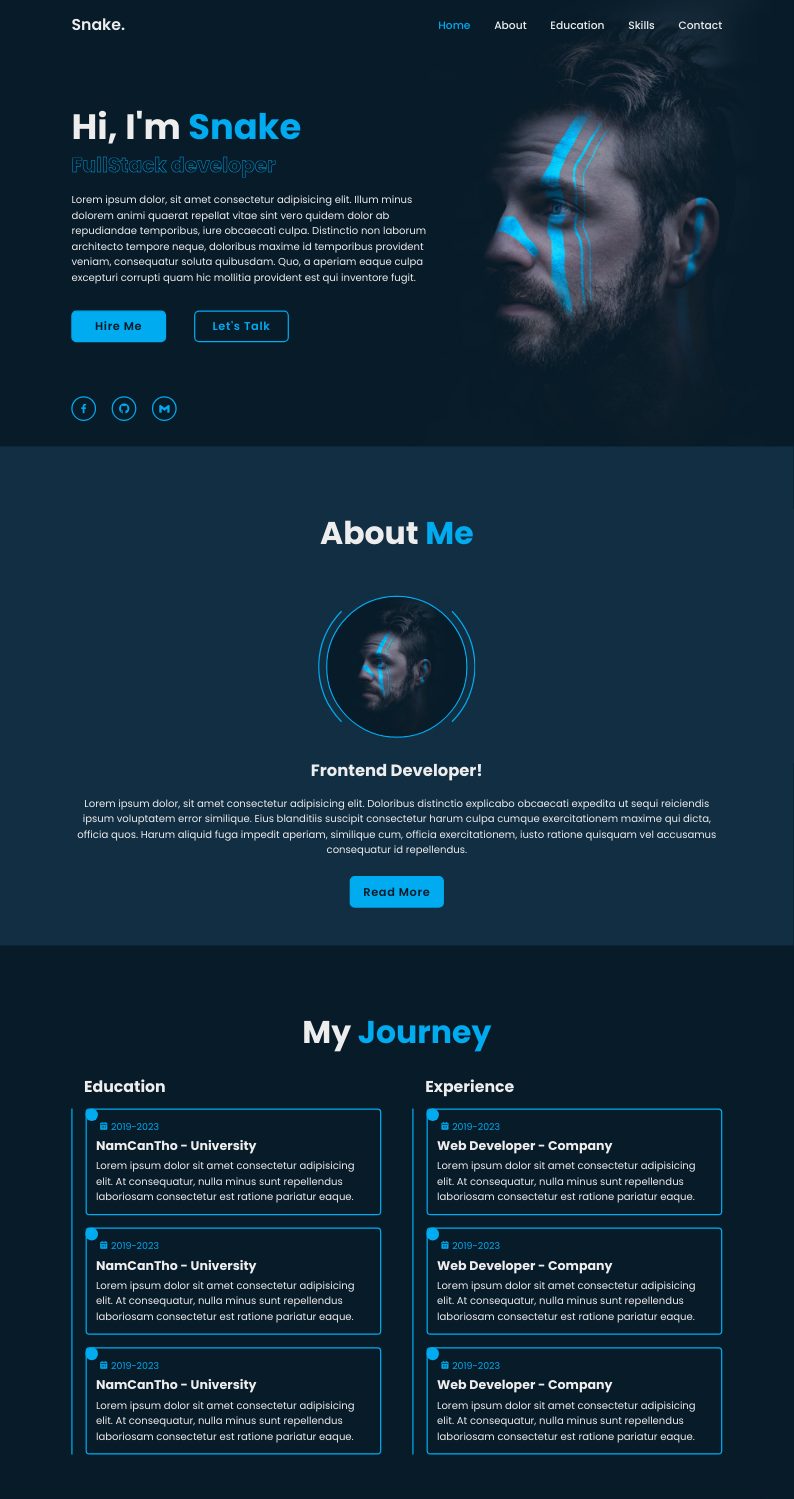
Repository: Tanty102/About_Me
Page: index.html
The author's editor kept a copy of each file at every save. The page is drawn from the files as they stood at one save, then again after a run of saves.
The browser window is 1280 px wide. The pictures show the whole page, at 62% of full size.

Above is the page before, as saved 2023-09-12 18:45:32.

### index.html
<!DOCTYPE html>
<html lang="en">
  <head>
    <meta charset="UTF-8" />
    <meta name="viewport" content="width=device-width, initial-scale=1.0" />
    <link rel="stylesheet" href="style.css" />
    <title>CV Snake</title>
  </head>

  <!-- box icons -->
  <link
    href="https://unpkg.com/boxicons@2.1.4/css/boxicons.min.css"
    rel="stylesheet" />
  <body>
    <!-- Header design -->
    <header class="header">
      <a href="#" class="logo">Snake.</a>

      <div class="bx bx-menu" id="menu-icon"></div>

      <nav class="navbar">
        <a href="#home" class="active">Home</a>
        <a href="#about">About</a>
        <a href="#education">Education</a>
        <a href="#skills">Skills</a>
        <a href="#contact">Contact</a>
      </nav>
    </header>

    <!-- Home section design -->
    <section class="home" id="home">
      <div class="home-content">
        <h1>Hi, I'm <span>Snake</span></h1>
        <div class="text-animate">
          <h3>FullStack developer</h3>
        </div>
        <p>
          Lorem ipsum dolor, sit amet consectetur adipisicing elit. Illum minus
          dolorem animi quaerat repellat vitae sint vero quidem dolor ab
          repudiandae temporibus, iure obcaecati culpa. Distinctio non laborum
          architecto tempore neque, doloribus maxime id temporibus provident
          veniam, consequatur soluta quibusdam. Quo, a aperiam eaque culpa
          excepturi corrupti quam hic mollitia provident est qui inventore
          fugit.
        </p>

        <div class="btn-box">
          <a href="#" class="btn">Hire Me</a>
          <a href="#" class="btn">Let's Talk</a>
        </div>
      </div>

      <div class="home-sci">
        <a href="#"><i class="bx bxl-facebook"></i></a>
        <a href="#"><i class="bx bxl-github"></i></a>
        <a href="#"><i class="bx bxl-gmail"></i></a>
      </div>

      <div class="home-imgHover"></div>
    </section>

    <!-- About section design -->
    <section class="about" id="about">
      <h2 class="heading">About <span>Me</span></h2>

      <div class="about-img">
        <img src="image/about.jpg" alt="" />
        <span class="circle-spin"></span>
      </div>

      <div class="about-content">
        <h3>Frontend Developer!</h3>
        <p>
          Lorem ipsum dolor, sit amet consectetur adipisicing elit. Doloribus
          distinctio explicabo obcaecati expedita ut sequi reiciendis ipsum
          voluptatem error similique. Eius blanditiis suscipit consectetur harum
          culpa cumque exercitationem maxime qui dicta, officia quos. Harum
          aliquid fuga impedit aperiam, similique cum, officia exercitationem,
          iusto ratione quisquam vel accusamus consequatur id repellendus.
        </p>

        <div class="btn-box btns">
          <a href="#" class="btn">Read More</a>
        </div>
      </div>
    </section>

    <!-- Education section design -->
    <section class="education" id="education">
      <h2 class="heading">My <span>Journey</span></h2>

      <div class="education-row">
        <div class="education-column">
          <h3 class="title">Education</h3>

          <div class="education-box">
            <div class="education-content">
              <div class="content">
                <div class="year">
                  <i class="bx bxs-calendar"></i> 2019-2023
                </div>
                <h3>NamCanTho - University</h3>
                <p>
                  Lorem ipsum dolor sit amet consectetur adipisicing elit. At
                  consequatur, nulla minus sunt repellendus laboriosam
                  consectetur est ratione pariatur eaque.
                </p>
              </div>
            </div>

            <div class="education-content">
              <div class="content">
                <div class="year">
                  <i class="bx bxs-calendar"></i> 2019-2023
                </div>
                <h3>NamCanTho - University</h3>
                <p>
                  Lorem ipsum dolor sit amet consectetur adipisicing elit. At
                  consequatur, nulla minus sunt repellendus laboriosam
                  consectetur est ratione pariatur eaque.
                </p>
              </div>
            </div>

            <div class="education-content">
              <div class="content">
                <div class="year">
                  <i class="bx bxs-calendar"></i> 2019-2023
                </div>
                <h3>NamCanTho - University</h3>
                <p>
                  Lorem ipsum dolor sit amet consectetur adipisicing elit. At
                  consequatur, nulla minus sunt repellendus laboriosam
                  consectetur est ratione pariatur eaque.
                </p>
              </div>
            </div>
          </div>
        </div>

        <div class="education-column">
          <h3 class="title">Experience</h3>

          <div class="education-box">
            <div class="education-content">
              <div class="content">
                <div class="year">
                  <i class="bx bxs-calendar"></i> 2019-2023
                </div>
                <h3>Web Developer - Company</h3>
                <p>
                  Lorem ipsum dolor sit amet consectetur adipisicing elit. At
                  consequatur, nulla minus sunt repellendus laboriosam
                  consectetur est ratione pariatur eaque.
                </p>
              </div>
            </div>

            <div class="education-content">
              <div class="content">
                <div class="year">
                  <i class="bx bxs-calendar"></i> 2019-2023
                </div>
                <h3>Web Developer - Company</h3>
                <p>
                  Lorem ipsum dolor sit amet consectetur adipisicing elit. At
                  consequatur, nulla minus sunt repellendus laboriosam
                  consectetur est ratione pariatur eaque.
                </p>
              </div>
            </div>

            <div class="education-content">
              <div class="content">
                <div class="year">
                  <i class="bx bxs-calendar"></i> 2019-2023
                </div>
                <h3>Web Developer - Company</h3>
                <p>
                  Lorem ipsum dolor sit amet consectetur adipisicing elit. At
                  consequatur, nulla minus sunt repellendus laboriosam
                  consectetur est ratione pariatur eaque.
                </p>
              </div>
            </div>
          </div>
        </div>
      </div>
    </section>

    <script src="main.js"></script>
  </body>
</html>

### style.css
@import url("https://fonts.googleapis.com/css2?family=Poppins:wght@300;400;500;600;700;800;900&display=swap");

* {
  margin: 0;
  padding: 0;
  box-sizing: border-box;
  text-decoration: none;
  border: none;
  outline: none;
  scroll-behavior: smooth;
  font-family: "Poppins", sans-serif;
}

:root {
  --bg-color: #081b29;
  --second-bg-color: #112e42;
  --text-color: #ededed;
  --main-color: #00abf0;
}

html {
  font-size: 63.5%;
  overflow-x: hidden;
}

body {
  background: var(--bg-color);
  color: var(--text-color);
}

.header {
  position: fixed;
  top: 0;
  left: 0;
  width: 100%;
  padding: 2rem 9%;
  background: transparent;
  display: flex;
  justify-content: space-between;
  align-items: center;
  z-index: 100;
}

.logo {
  font-size: 2.5rem;
  color: var(--text-color);
  font-weight: 600;
}

.navbar a {
  font-size: 1.7rem;
  color: var(--text-color);
  font-weight: 500;
  margin-left: 3.5rem;
  transition: 0.3s;
}

.navbar a:hover,
.navbar a.active {
  color: var(--main-color);
}

#menu-icon {
  font-size: 3.6rem;
  color: var(--text-color);
  cursor: pointer;
  display: none;
}

section {
  min-height: 100vh;
  padding: 10rem 9% 2rem;
}

.home {
  display: flex;
  align-items: center;
  padding: 0 9%;
  background: url("/image/home.jpg") no-repeat;
  background-size: cover;
  background-position: center;
}

.home-content {
  max-width: 60rem;
}

.home-content h1 {
  font-size: 5.6rem;
  font-weight: 700;
  line-height: 1.3;
}

.home-content .text-animate {
  position: relative;
  width: 32.8rem;
}

.home-content .text-animate h3 {
  font-size: 3.2rem;
  font-weight: 700;
  color: transparent;
  -webkit-text-stroke: 0.7px var(--main-color);
}

.home-content p {
  font-size: 1.6rem;
  margin: 2rem 0 4rem;
}

.btn-box {
  position: relative;
  display: flex;
  justify-content: space-between;
  width: 34.5rem;
  height: 5rem;
}
.btn-box .btn {
  position: relative;
  display: inline-flex;
  justify-content: center;
  align-items: center;
  width: 15rem;
  height: 100%;
  background: var(--main-color);
  border: 0.2rem solid var(--main-color);
  border-radius: 0.8rem;
  font-size: 1.8rem;
  font-weight: 600;
  letter-spacing: 0.1rem;
  color: var(--bg-color);
  z-index: 1;
  overflow: hidden;
  transition: 0.5s;
}

.btn-box .btn:hover {
  color: var(--main-color);
}

.btn-box .btn:nth-child(2) {
  background: transparent;
  color: var(--main-color);
}

.btn-box .btn:nth-child(2):hover {
  color: var(--bg-color);
}

.btn-box .btn:nth-child(2)::before {
  background: var(--main-color);
}

.btn-box .btn::before {
  content: "";
  position: absolute;
  top: 0;
  left: 0;
  width: 0;
  height: 100%;
  background: var(--bg-color);
  z-index: -1;
  transition: 0.5s;
}

.btn-box .btn:hover::before {
  width: 100%;
}

.home-sci {
  position: absolute;
  bottom: 4rem;
  width: 170px;
  display: flex;
  justify-content: space-between;
}

.home-sci a {
  position: relative;
  display: inline-flex;
  justify-content: center;
  align-items: center;
  width: 40px;
  height: 40px;
  background: transparent;
  border: 0.2rem solid var(--main-color);
  border-radius: 50%;
  font-size: 20px;
  color: var(--main-color);
  z-index: 1;
  overflow: hidden;
  transition: 0.5s;
}

.home-sci a:hover {
  color: var(--bg-color);
}

.home-sci a::before {
  content: "";
  position: absolute;
  top: 0;
  left: 0;
  width: 0;
  height: 100%;
  background: var(--main-color);
  z-index: -1;
  transition: 0.5s;
}

.home-sci a:hover::before {
  width: 100%;
}

.home-imgHover {
  position: absolute;
  top: 0;
  right: 0;
  width: 45%;
  height: 100%;
  background: transparent;
  transition: 3s;
}

.home-imgHover:hover {
  background: var(--bg-color);
  opacity: 0.8;
}

.about {
  display: flex;
  justify-content: center;
  align-items: center;
  flex-direction: column;
  gap: 2rem;
  background: var(--second-bg-color);
  padding-bottom: 6rem;
}

.heading {
  font-size: 5rem;
  margin-bottom: 3rem;
  text-align: center;
}
span {
  color: var(--main-color);
}

.about-img {
  position: relative;
  width: 25rem;
  height: 25rem;
  border-radius: 50%;
  display: flex;
  justify-content: center;
  align-items: center;
}

.about-img img {
  width: 90%;
  border-radius: 50%;
  border: 0.2rem solid var(--main-color);
}

.about-img .circle-spin {
  position: absolute;
  top: 50%;
  left: 50%;
  transform: translate(-50%, -50%) rotate(0);
  width: 100%;
  height: 100%;
  border-radius: 50%;
  border-top: 0.2rem solid var(--second-bg-color);
  border-bottom: 0.2rem solid var(--second-bg-color);
  border-left: 0.2rem solid var(--main-color);
  border-right: 0.2rem solid var(--main-color);
}

.about-content {
  text-align: center;
}

.about-content h3 {
  font-size: 2.6rem;
}

.about-content p {
  font-size: 1.6rem;
  margin: 2rem 0 3rem;
}

.btn-box.btns {
  display: inline-block;
  width: 15rem;
}

.btn-box.btns a::before {
  background: var(--second-bg-color);
}

.education {
  display: flex;
  justify-content: center;
  align-items: center;
  flex-direction: column;
  min-height: auto;
  padding-bottom: 5rem;
}

.education .education-row {
  display: flex;
  flex-wrap: wrap;
  gap: 5rem;
}

.education-row .education-column {
  flex: 1 1 40rem;
}

.education-column .title {
  font-size: 2.5rem;
  margin: 0 0 1.5rem 2rem;
}

.education-column .education-box {
  border-left: 0.2rem solid var(--main-color);
}

.education-box .education-content {
  position: relative;
  padding-left: 2rem;
}

.education-box .education-content::before {
  content: "";
  position: absolute;
  top: 0;
  width: 2rem;
  height: 2rem;
  background: var(--main-color);
  border-radius: 50%;
}

.education-content .content {
  position: relative;
  padding: 1.5rem;
  border: 0.2rem solid var(--main-color);
  border-radius: 0.6rem;
  margin-bottom: 2rem;
}

.education-content .content .year {
  font-size: 1.5rem;
  color: var(--main-color);
  padding-bottom: 0.5rem;
}

.education-content .content .year i {
  padding-left: 0.5rem;
}

.education-content .content h3 {
  font-size: 2rem;
}

.education-content .content p {
  font-size: 1.6rem;
  padding-top: 0.5rem;
}

Loaded but not shown: main.js (no copy from this time; the picture is the same without it)

After the next 3 saves:
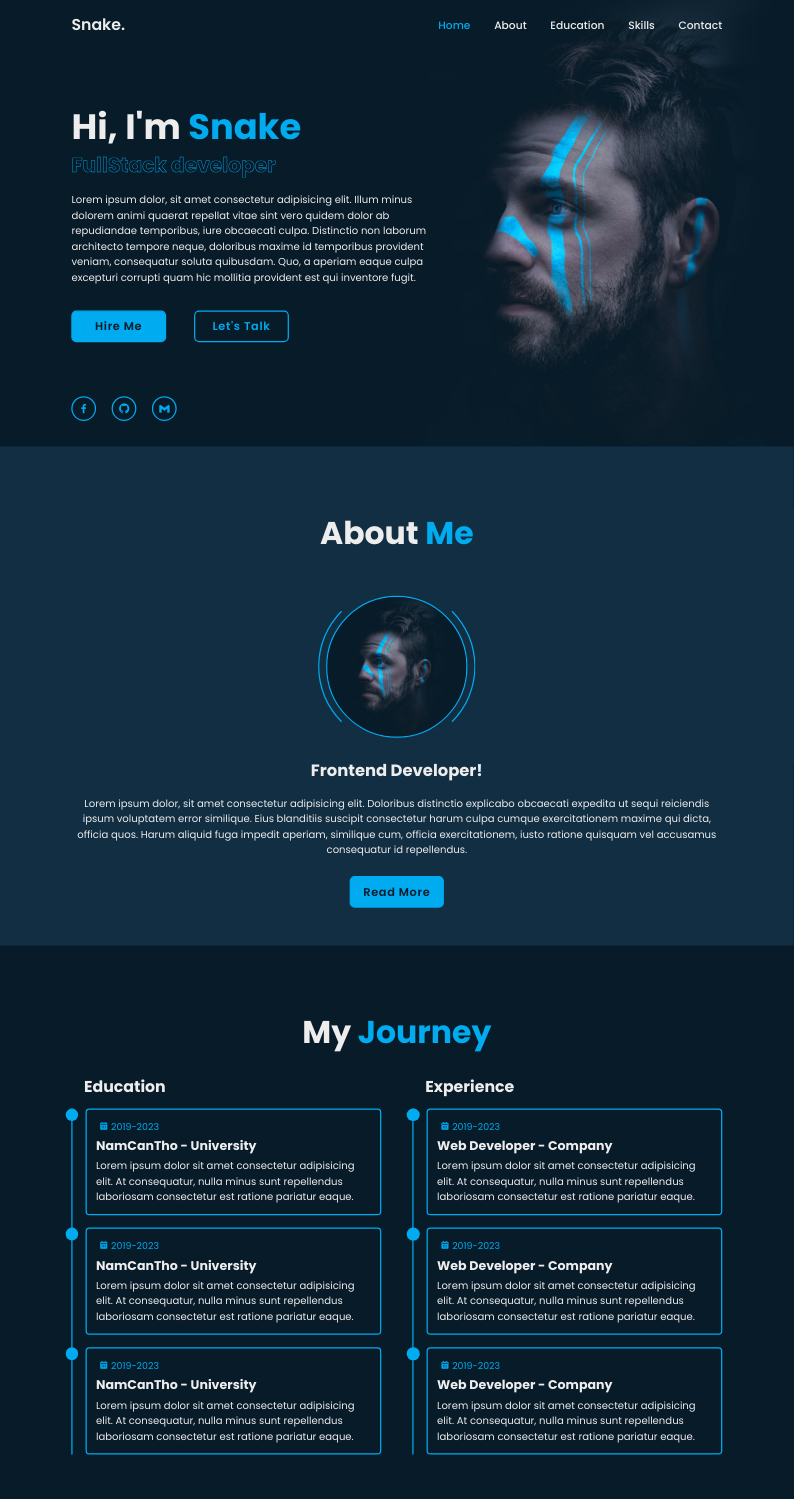
The 3 saves are shown as one change because they came seconds apart.
The last was saved 2 min 48 s later.
--- a/style.css
+++ b/style.css
@@ -335,6 +335,7 @@ span {
   content: "";
   position: absolute;
   top: 0;
+  left: -1.1rem;
   width: 2rem;
   height: 2rem;
   background: var(--main-color);
